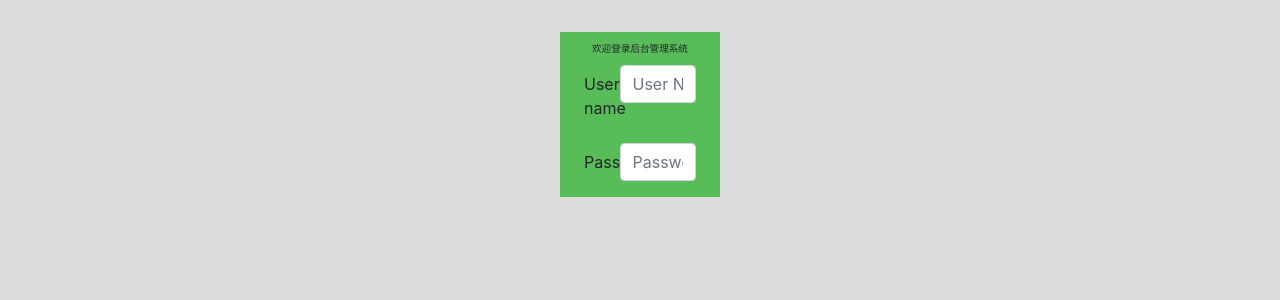
Repository: gzh51904/baiyangApp
Page: / (app in houtai/Vue-admin/)
The author's editor kept a copy of each file at every save. The page is drawn from the files as they stood at one save, then again after the next save.
The browser window is 1280 px wide. The pictures show the whole page.
The project was rebuilt for these pictures with package versions that can differ from the ones it lists, and the page was loaded fresh each time. Also part of the build but not shown: houtai/Vue-admin/vue.config.js.

Above is the page before, as saved 2019-05-11 10:07:58.

After the next save:
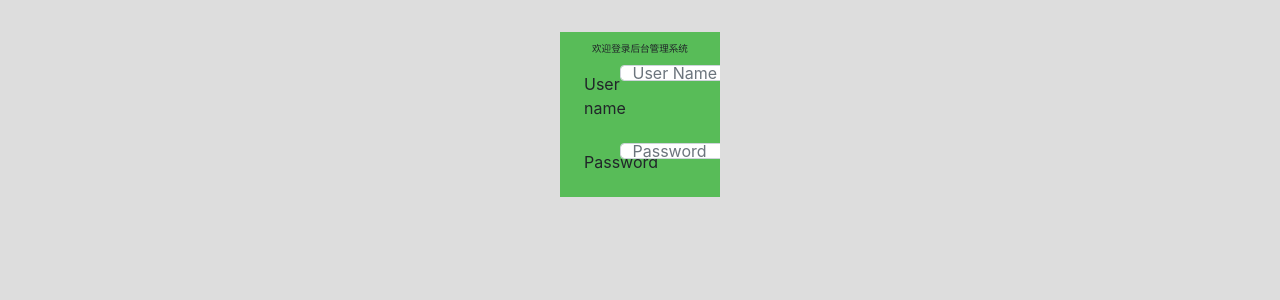
Saved 7 min 26 s later.
--- a/houtai/Vue-admin/src/pages/login.vue
+++ b/houtai/Vue-admin/src/pages/login.vue
@@ -42,6 +42,10 @@ export default {
     .login-form{
         width:7rem;
         margin:0px auto;
+        input{
+           height: 1.013333rem;
+           width:9.32rem;
+        }
     }
 }
 </style>
